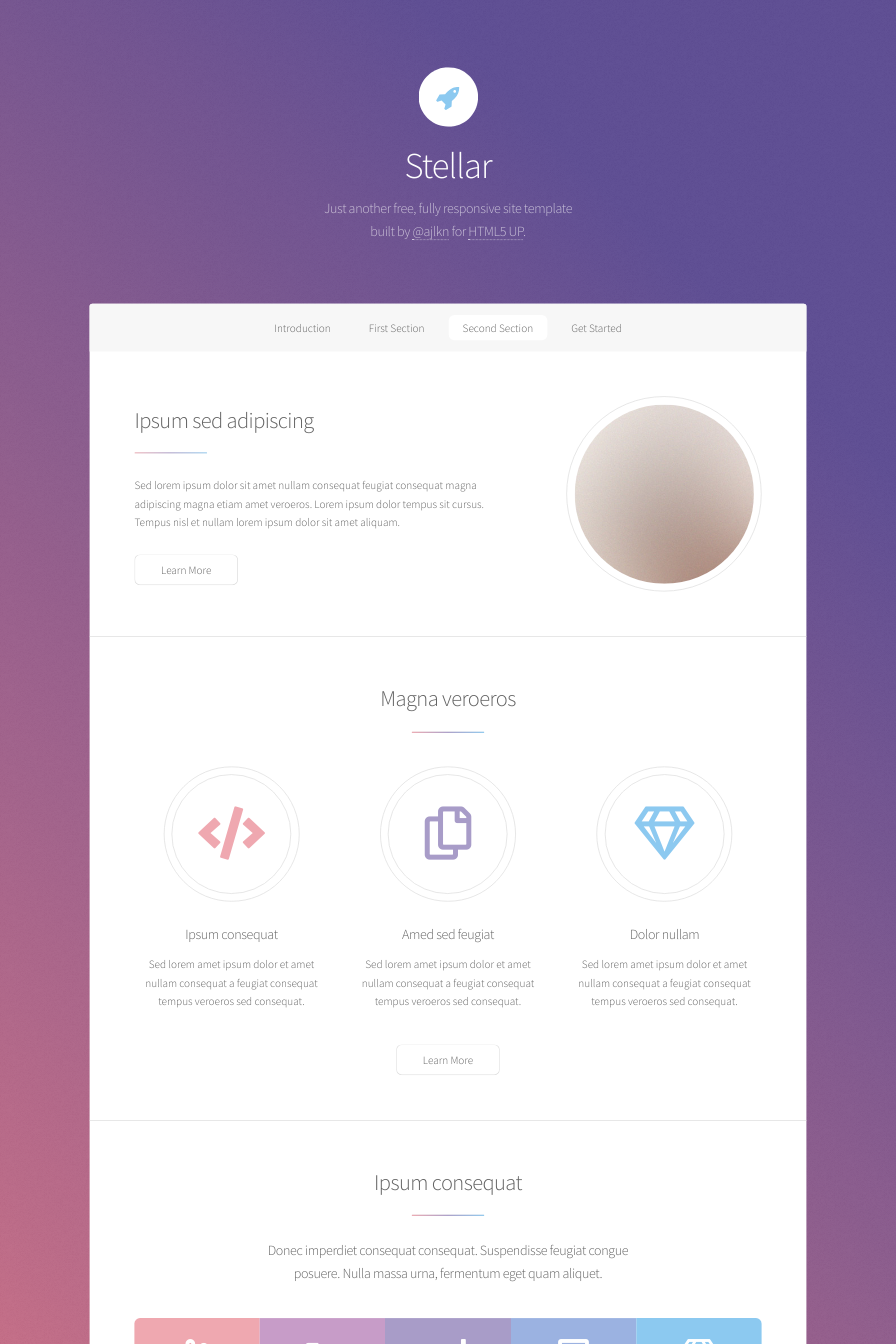
Repository: SatonoDia/SatonoDia.github.io
Page: index.html
The author's editor kept a copy of each file at every save. The page is drawn from the files as they stood at one save, then again after the next save.
The browser window is 1280 px wide. The pictures show the part of the page from y = 0 to 1920 px (the page is 3278 px tall before and 3245 px after), at 70% of full size.

Above is the page before, as saved 2022-03-07 05:21:38.

### index.html
<!DOCTYPE HTML>
<!--
	Stellar by HTML5 UP
	html5up.net | @ajlkn
	Free for personal and commercial use under the CCA 3.0 license (html5up.net/license)
-->
<html>
	<head>
		<title>Stellar by HTML5 UP</title>
		<meta charset="utf-8" />
		<meta name="viewport" content="width=device-width, initial-scale=1, user-scalable=no" />
		<link rel="stylesheet" href="assets/css/main.css" />
		<noscript><link rel="stylesheet" href="assets/css/noscript.css" /></noscript>
	</head>
	<body class="is-preload">

		<!-- Wrapper -->
			<div id="wrapper">

				<!-- Header -->
					<header id="header" class="alt">
						<span class="logo"><img src="images/logo.svg" alt="" /></span>
						<h1>Stellar</h1>
						<p>Just another free, fully responsive site template<br />
						built by <a href="https://twitter.com/ajlkn">@ajlkn</a> for <a href="https://html5up.net">HTML5 UP</a>.</p>
					</header>

				<!-- Nav -->
					<nav id="nav">
						<ul>
							<li><a href="#intro" class="active">Introduction</a></li>
							<li><a href="#first">First Section</a></li>
							<li><a href="#second">Second Section</a></li>
							<li><a href="#cta">Get Started</a></li>
						</ul>
					</nav>

				<!-- Main -->
					<div id="main">

						<!-- Introduction -->
							<section id="intro" class="main">
								<div class="spotlight">
									<div class="content">
										<header class="major">
											<h2>Ipsum sed adipiscing</h2>
										</header>
										<p>Sed lorem ipsum dolor sit amet nullam consequat feugiat consequat magna
										adipiscing magna etiam amet veroeros. Lorem ipsum dolor tempus sit cursus.
										Tempus nisl et nullam lorem ipsum dolor sit amet aliquam.</p>
										<ul class="actions">
											<li><a href="generic.html" class="button">Learn More</a></li>
										</ul>
									</div>
									<span class="image"><img src="images/pic01.jpg" alt="" /></span>
								</div>
							</section>

						<!-- First Section -->
							<section id="first" class="main special">
								<header class="major">
									<h2>Magna veroeros</h2>
								</header>
								<ul class="features">
									<li>
										<span class="icon solid major style1 fa-code"></span>
										<h3>Ipsum consequat</h3>
										<p>Sed lorem amet ipsum dolor et amet nullam consequat a feugiat consequat tempus veroeros sed consequat.</p>
									</li>
									<li>
										<span class="icon major style3 fa-copy"></span>
										<h3>Amed sed feugiat</h3>
										<p>Sed lorem amet ipsum dolor et amet nullam consequat a feugiat consequat tempus veroeros sed consequat.</p>
									</li>
									<li>
										<span class="icon major style5 fa-gem"></span>
										<h3>Dolor nullam</h3>
										<p>Sed lorem amet ipsum dolor et amet nullam consequat a feugiat consequat tempus veroeros sed consequat.</p>
									</li>
								</ul>
								<footer class="major">
									<ul class="actions special">
										<li><a href="generic.html" class="button">Learn More</a></li>
									</ul>
								</footer>
							</section>

						<!-- Second Section -->
							<section id="second" class="main special">
								<header class="major">
									<h2>Ipsum consequat</h2>
									<p>Donec imperdiet consequat consequat. Suspendisse feugiat congue<br />
									posuere. Nulla massa urna, fermentum eget quam aliquet.</p>
								</header>
								<ul class="statistics">
									<li class="style1">
										<span class="icon solid fa-code-branch"></span>
										<strong>5,120</strong> Etiam
									</li>
									<li class="style2">
										<span class="icon fa-folder-open"></span>
										<strong>8,192</strong> Magna
									</li>
									<li class="style3">
										<span class="icon solid fa-signal"></span>
										<strong>2,048</strong> Tempus
									</li>
									<li class="style4">
										<span class="icon solid fa-laptop"></span>
										<strong>4,096</strong> Aliquam
									</li>
									<li class="style5">
										<span class="icon fa-gem"></span>
										<strong>1,024</strong> Nullam
									</li>
								</ul>
								<p class="content">Nam elementum nisl et mi a commodo porttitor. Morbi sit amet nisl eu arcu faucibus hendrerit vel a risus. Nam a orci mi, elementum ac arcu sit amet, fermentum pellentesque et purus. Integer maximus varius lorem, sed convallis diam accumsan sed. Etiam porttitor placerat sapien, sed eleifend a enim pulvinar faucibus semper quis ut arcu. Ut non nisl a mollis est efficitur vestibulum. Integer eget purus nec nulla mattis et accumsan ut magna libero. Morbi auctor iaculis porttitor. Sed ut magna ac risus et hendrerit scelerisque. Praesent eleifend lacus in lectus aliquam porta. Cras eu ornare dui curabitur lacinia.</p>
								<footer class="major">
									<ul class="actions special">
										<li><a href="generic.html" class="button">Learn More</a></li>
									</ul>
								</footer>
							</section>

						<!-- Get Started -->
							<section id="cta" class="main special">
								<header class="major">
									<h2>Congue imperdiet</h2>
									<p>Donec imperdiet consequat consequat. Suspendisse feugiat congue<br />
									posuere. Nulla massa urna, fermentum eget quam aliquet.</p>
								</header>
								<footer class="major">
									<ul class="actions special">
										<li><a href="generic.html" class="button primary">Get Started</a></li>
										<li><a href="generic.html" class="button">Learn More</a></li>
									</ul>
								</footer>
							</section>

					</div>

				<!-- Footer -->
					<footer id="footer">
						<section>
							<h2>Aliquam sed mauris</h2>
							<p>Sed lorem ipsum dolor sit amet et nullam consequat feugiat consequat magna adipiscing tempus etiam dolore veroeros. eget dapibus mauris. Cras aliquet, nisl ut viverra sollicitudin, ligula erat egestas velit, vitae tincidunt odio.</p>
							<ul class="actions">
								<li><a href="generic.html" class="button">Learn More</a></li>
							</ul>
						</section>
						<section>
							<h2>Etiam feugiat</h2>
							<dl class="alt">
								<dt>Address</dt>
								<dd>1234 Somewhere Road &bull; Nashville, TN 00000 &bull; USA</dd>
								<dt>Phone</dt>
								<dd>(000) 000-0000 x 0000</dd>
								<dt>Email</dt>
								<dd><a href="#">information@untitled.tld</a></dd>
							</dl>
							<ul class="icons">
								<li><a href="#" class="icon brands fa-twitter alt"><span class="label">Twitter</span></a></li>
								<li><a href="#" class="icon brands fa-facebook-f alt"><span class="label">Facebook</span></a></li>
								<li><a href="#" class="icon brands fa-instagram alt"><span class="label">Instagram</span></a></li>
								<li><a href="#" class="icon brands fa-github alt"><span class="label">GitHub</span></a></li>
								<li><a href="#" class="icon brands fa-dribbble alt"><span class="label">Dribbble</span></a></li>
							</ul>
						</section>
						<p class="copyright">&copy; Untitled. Design: <a href="https://html5up.net">HTML5 UP</a>.</p>
					</footer>

			</div>

		<!-- Scripts -->
			<script src="assets/js/jquery.min.js"></script>
			<script src="assets/js/jquery.scrollex.min.js"></script>
			<script src="assets/js/jquery.scrolly.min.js"></script>
			<script src="assets/js/browser.min.js"></script>
			<script src="assets/js/breakpoints.min.js"></script>
			<script src="assets/js/util.js"></script>
			<script src="assets/js/main.js"></script>

	</body>
</html>

Loaded but not shown: assets/js/jquery.min.js (library); assets/js/jquery.scrollex.min.js (common file); assets/css/fontawesome-all.min.css (library); assets/js/jquery.scrolly.min.js (common file); assets/js/browser.min.js (common file); assets/js/breakpoints.min.js (common file); assets/js/util.js (587 lines, source omitted); assets/js/main.js (123 lines, source omitted); assets/css/main.css (3785 lines, source omitted)

After the next save:
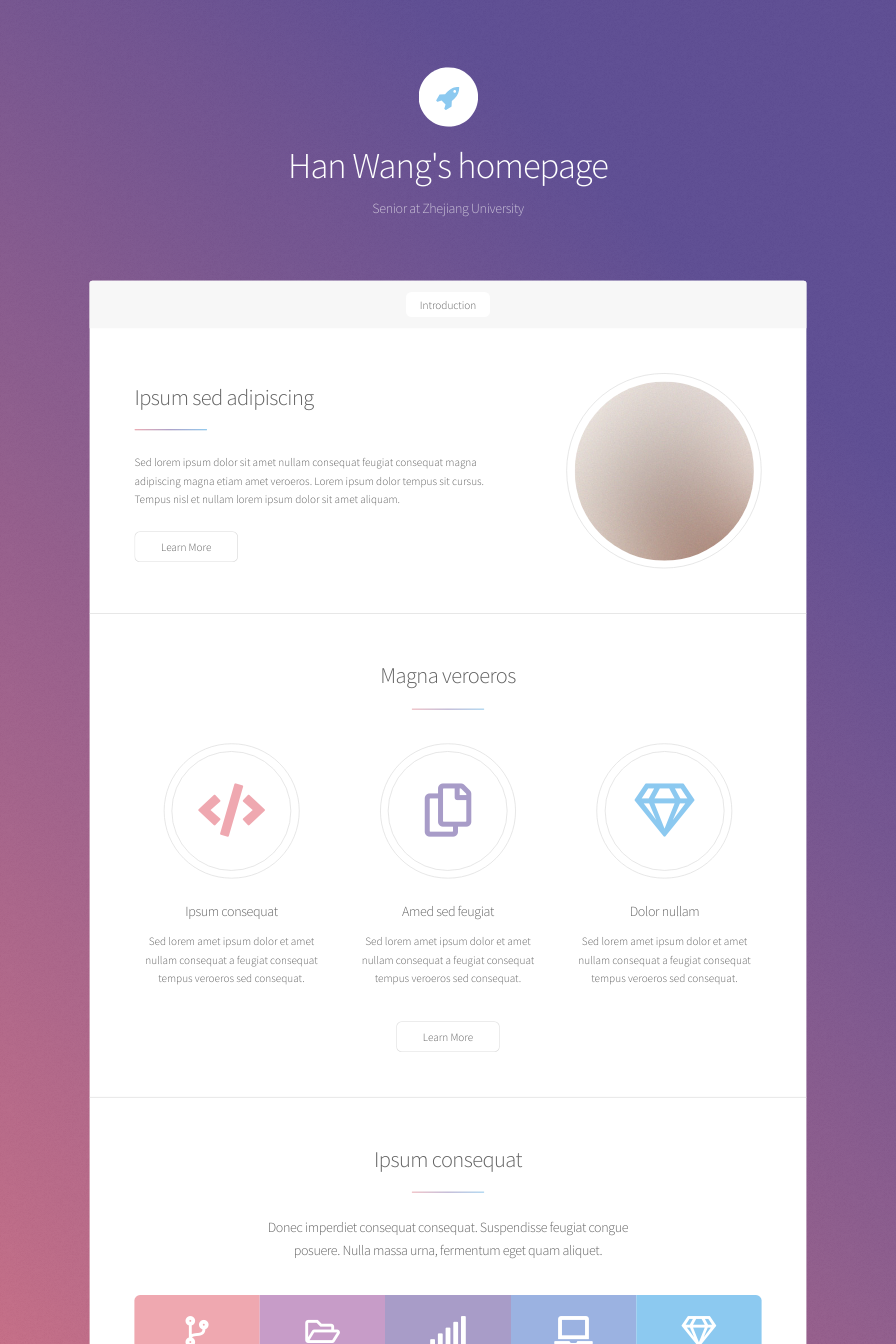
Console error: TypeError: Cannot read properties of undefined (reading 'on')
Saved 711 days later.
--- a/index.html
+++ b/index.html
@@ -20,18 +20,15 @@
 				<!-- Header -->
 					<header id="header" class="alt">
 						<span class="logo"><img src="images/logo.svg" alt="" /></span>
-						<h1>Stellar</h1>
-						<p>Just another free, fully responsive site template<br />
-						built by <a href="https://twitter.com/ajlkn">@ajlkn</a> for <a href="https://html5up.net">HTML5 UP</a>.</p>
+						<h1>Han Wang's homepage</h1>
+						<p>Senior at Zhejiang University</p>
 					</header>
 
 				<!-- Nav -->
 					<nav id="nav">
 						<ul>
 							<li><a href="#intro" class="active">Introduction</a></li>
-							<li><a href="#first">First Section</a></li>
-							<li><a href="#second">Second Section</a></li>
-							<li><a href="#cta">Get Started</a></li>
+
 						</ul>
 					</nav>
 
